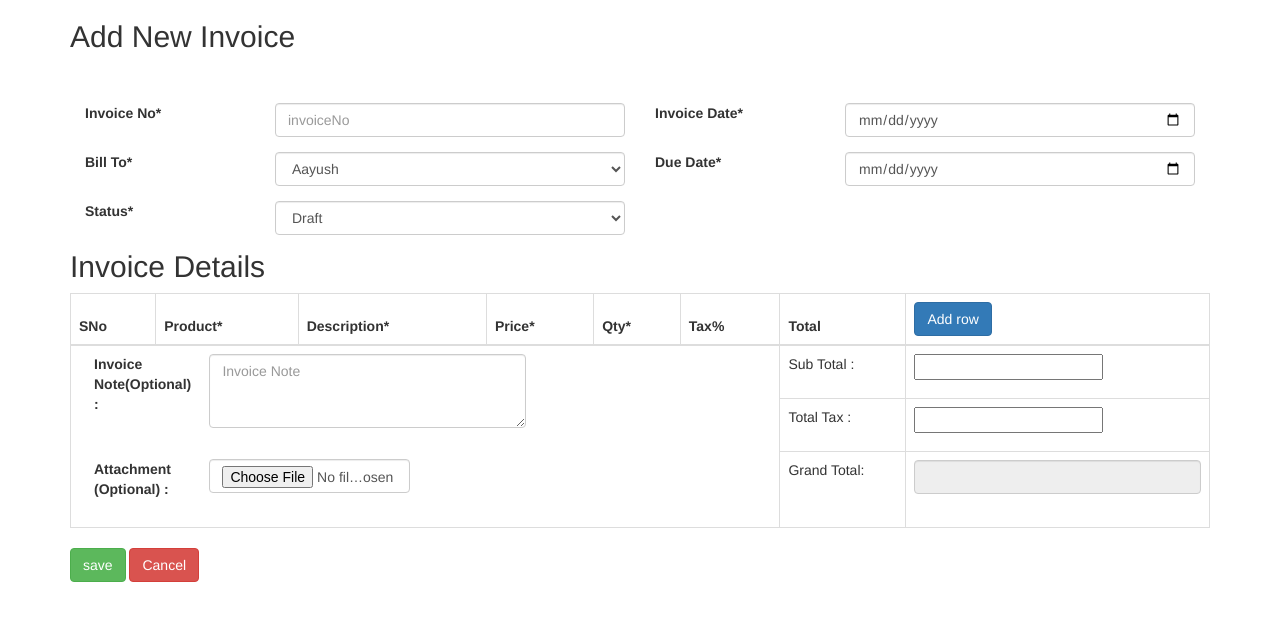
Repository: Aayush13013/Invoice_Management_app
Page: http://localhost/invoiceInfo/WEB-INF/jsp/new_invoiceInfo.jsp
The author's editor kept a copy of each file at every save. The page is drawn from the files as they stood at one save, then again after the next save.
The browser window is 1280 px wide. The pictures show the whole page.
The page is served by Tomcat 9. Nobody is signed in. Other server files are loaded and not shown. The template is opened directly, without the code that normally fills it, so the values that code supplies are empty.

Above is the page before, as saved 2021-12-28 11:59:23.

### invoiceInfo/invoiceInfo/src/main/webapp/WEB-INF/jsp/new_invoiceInfo.jsp
<%@ page language="java" contentType="text/html; charset=ISO-8859-1"
	pageEncoding="ISO-8859-1"%>
<%@ taglib prefix="form" uri="http://www.springframework.org/tags/form"%>
<%@ taglib prefix="c" uri="http://java.sun.com/jsp/jstl/core"%>


<!DOCTYPE html>
<html>

<head>
<meta charset="ISO-8859-1">
<title>Add New Invoice</title>

<link rel="stylesheet"
	href="https://maxcdn.bootstrapcdn.com/bootstrap/3.4.1/css/bootstrap.min.css">
<link rel="stylesheet"
	href="https://cdnjs.cloudflare.com/ajax/libs/font-awesome/4.7.0/css/font-awesome.min.css">




</head>

<body>

	<div class="container">

		<h2>Add New Invoice</h2>
		<br>



		<form:form action="/saveInvoice" modelAttribute="invoiceInfo"
			method="POST">
			<form:hidden path="id" placeholder="id" class="form-control " />
			<div class="form-row">
				<div class="form-group col-md-2">
					<label>Invoice No*</label>
				</div>
				<div class="form-group col-md-4">
					<form:input type="text" path="invoiceNo" placeholder="invoiceNo"
						required="required" class="form-control" />
				</div>
				<div class="form-group col-md-2">
					<label>Invoice Date*</label>

				</div>
				<div class="form-group col-md-4">
					<form:input type="date" path="invoiceDate"
						placeholder="invoiceDate" class="form-control" id="invoice_date" />
				</div>
			</div>
			<div class="form-row">
				<div class="form-group col-md-2">
					<label>Bill To*</label>

				</div>
				<div class="form-group col-md-4">
					<form:select path="billTo" class="form-control" required="required">
						<optgroup label="Select_Customer">
							<form:option value="Aayush"></form:option>
							<form:option value="Shridhar"></form:option>
							<form:option value="Suneel"></form:option>
							<form:option value="Lekhana"></form:option>
						</optgroup>
					</form:select>
				</div>
				<div class="form-group col-md-2">
					<label>Due Date*</label>

				</div>

				<div class="form-group col-md-4">
					<form:input type="date" path="dueDate" placeholder="dueDate"
						id="due_date" class="form-control " />
				</div>
			</div>
			<div class="form-row">
				<div class="form-group col-md-2">
					<label>Status*</label>

				</div>
				<div class="form-group col-md-4">
					<form:select path="status" class="form-control">
						<optgroup label="Select_Status">
							<form:option value="Draft"></form:option>
							<form:option value="Sent"></form:option>
							<form:option value="Paid"></form:option>
						</optgroup>
					</form:select>
				</div>
				<div class="form-group col-md-2">
					<label hidden>** :</label>
				</div>
				<div class="form-group col-md-4">
					<input type="text" class="form-control" style="visibility: hidden;">
				</div>
			</div>


			<div class="form-row">
				<h2>Invoice Details</h2>

				<table class="table table-bordered">
					<thead>
						<tr>
							<th>SNo</th>
							<th>Product*</th>
							<th>Description*</th>
							<th>Price*</th>
							<th>Qty*</th>
							<th>Tax%</th>
							<th>Total</th>
							<th><input type="button" value="Add row"
								class="btn btn-primary" onclick="addRows('myTable')" /></th>
						</tr>

					</thead>
					<tbody id="myTable">

					</tbody>
					<tr>
						<td colspan="6" rowspan="2">
							<div class="form-group  col-md-2">
								<label>Invoice Note(Optional) :</label>
							</div>
							<div class="form-group   col-md-6">
								<textarea class="form-control rounded-0" name="invoiceNote"
									id="invoiceNote" rows="3" maxlength="1000"
									placeholder="Invoice Note"></textarea>
							</div>
						</td>
						<td>Sub Total :</td>
						<td><input type="number" path="subTotal" name="subTotal"
							id="subTotal" readonly /></td>
					</tr>
					<tr>
						<td>Total Tax :</td>
						<td><input type="number" path="totalTax" name="totalTax"
							id="totalTax" readonly /></td>
					</tr>
					<tr>
						<td colspan="6" style="border-top: hidden">
							<div class="form-group  col-md-2">
								<label>Attachment (Optional) :</label>
							</div>
							<div class="form-group col-md-4">
								<input type="file" name="file" path="file"
									placeholder="Attachment" id="file" class="form-control">
							</div>
						</td>
						<td>Grand Total:</td>
						<td><input type="number" path="grandTotal" name="grandTotal"
							id="grandTotal" class="form-control col-4 mb-4" readonly /></td>
					</tr>

				</table>
			</div>

			<input type="submit" value="save" class="btn btn-success" />
			<button type="clear" class="btn btn-danger">Cancel</button>
		</form:form>
	</div>
	<script>

	 document.getElementById("invoice_date").onchange=function(){

		 var input = document.getElementById("due_date")
		 input.setAttribute("min",this.value);
	 };


	 function addRows() {
         var table = document.getElementById("myTable");

         var counts = (table.rows.length) ;
         var temp=counts+1;

         var row = table.insertRow(counts).outerHTML = "<tr id='row" + counts + "'> " +

             "<td class='form-control serial'></td> " +
             "<td  ><input type='text' name='listOfProducts[" + counts + "].productName' class='form-control' ></td> " +
             "<td  ><input type='text' name='listOfProducts[" + counts + "].description' class='form-control' ></td> " +
             "<td  ><input type='text' name='listOfProducts[" + counts + "].price' value=0 class='form-control price' ></td> " +
             "<td  ><input type='number' name='listOfProducts[" + counts + "].qty' value=0 class='form-control qty' ></td> " +
             "<td  ><input type='text' name='listOfProducts[" + counts + "].taxPercent' value=0 class='form-control tax' ></td> " +
             "<td  ><input type='number' name='listOfProducts[" + counts + "].total' value=0 class='form-control total' readonly/></td> " +

             "<td><button onclick=deleteRow(this)><i class='fa fa-trash' style='font-size:24px' ></i></button></td> " +
             "</tr>";
             serialize();
             calculation();

     }

	 function deleteRow(e){
		 e.parentNode.parentNode.parentNode.removeChild(e.parentNode.parentNode);
		 serialize();
		 calculation();
	 }

	 function serialize(){
		 const list = document.querySelectorAll(".serial");
		 list.forEach((ele,idx)=>{
			 ele.innerHTML=idx+1;
		 })
	 }

	 function calculation(){
		 var price = document.querySelectorAll(".price");
		 var qty = document.querySelectorAll(".qty")
		 var tax = document.querySelectorAll(".tax")
		 var total = document.querySelectorAll(".total")
		 var calcTax = [];
		 var tot=[];

		 var totalTax = document.getElementById("totalTax");
		 var subTotal = document.getElementById("subTotal");
		 var grandTotal = document.getElementById("grandTotal");

		 var tot_tax=0;
		 var sub_total=0;

		 console.log(total,tax,qty);

		 for(let i=0;i<price.length;i++){

			 calcTax[i]=parseFloat(price[i].value)*parseInt(qty[i].value)*parseFloat(tax[i].value)/100;
			 tot[i]= parseFloat(price[i].value)*parseInt(qty[i].value);
			 total[i].value=tot[i];
		 }


		 console.log(calcTax,tot_tax,tot,sub_total);
		 tot_tax=calcTax.reduce((a,c)=> {return a+c},0);
		 totalTax.value=parseFloat(tot_tax);

		 sub_total =tot.reduce((a,c)=> {return a+c},0);
		 subTotal.value=parseFloat(sub_total);


		 grandTotal.value= tot_tax+sub_total;


	 }

	</script>
</body>

</html>

After the next save:
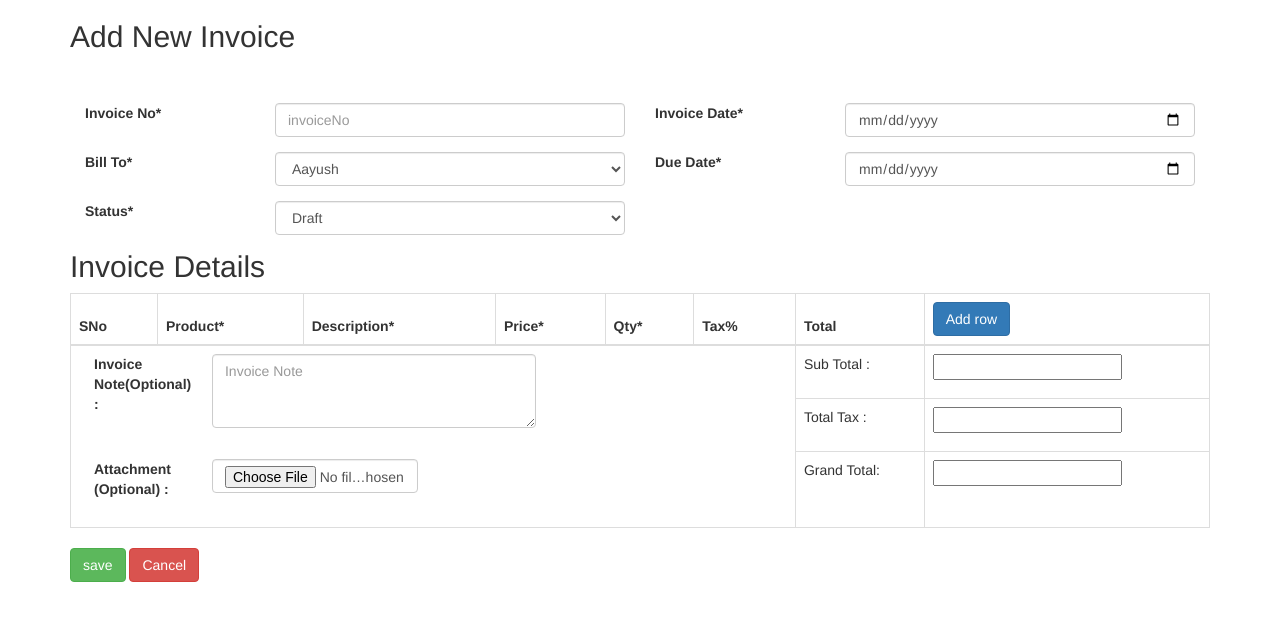
Saved 32 min 39 s later.
--- a/invoiceInfo/invoiceInfo/src/main/webapp/WEB-INF/jsp/new_invoiceInfo.jsp
+++ b/invoiceInfo/invoiceInfo/src/main/webapp/WEB-INF/jsp/new_invoiceInfo.jsp
@@ -151,7 +151,7 @@
 						</td>
 						<td>Grand Total:</td>
 						<td><input type="number" path="grandTotal" name="grandTotal"
-							id="grandTotal" class="form-control col-4 mb-4" readonly /></td>
+							id="grandTotal"  readonly /></td>
 					</tr>
 
 				</table>
